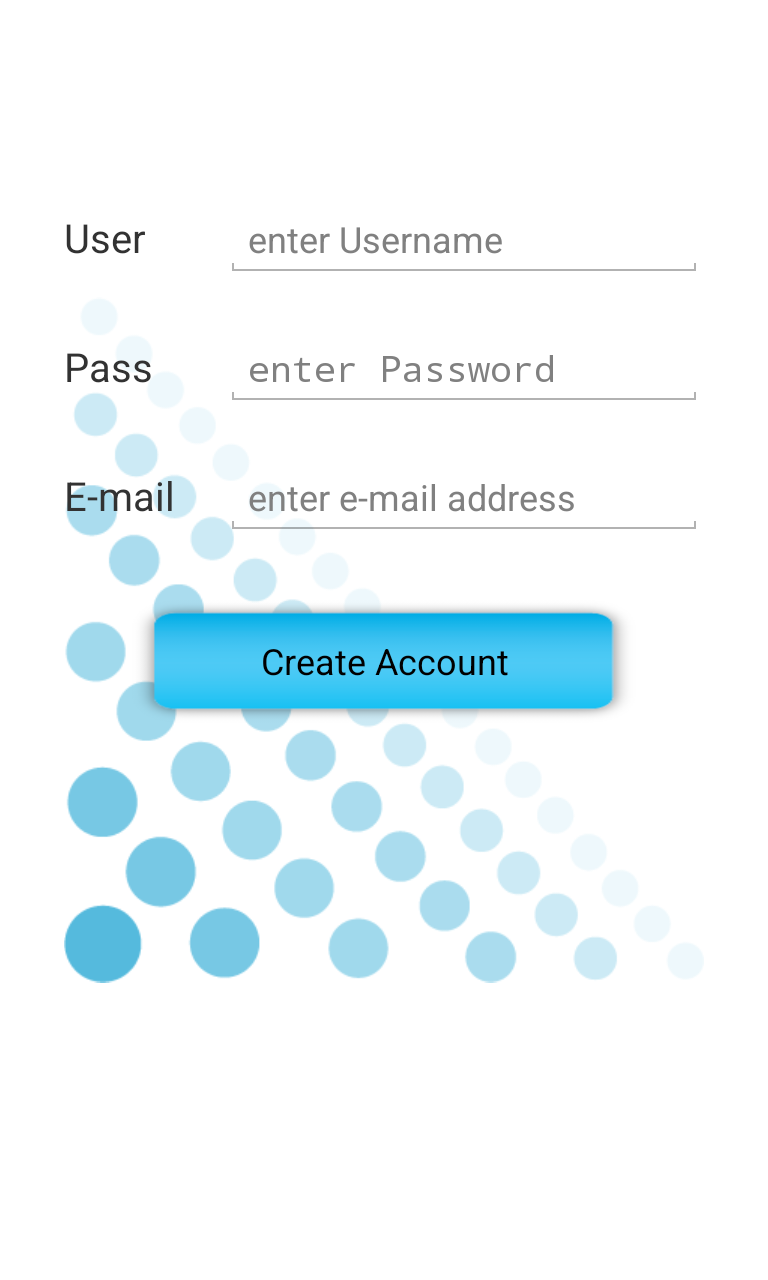
Repository: frebblegameteam/FrebbleApp
Layout: Frebble/res/layout/activity_sign_up.xml
These files come from the project's save history. The layout is drawn as it stood at one moment and after a run of saves; the edit follows.
It is drawn on a 768 x 1280 px phone screen (xhdpi) without system bars, with theme FrebbleABTheme; the app's code is not run.

Above is the layout before, as saved 2014-10-08 14:11:25.

### Frebble/res/layout/activity_sign_up.xml
<RelativeLayout xmlns:android="http://schemas.android.com/apk/res/android"
    xmlns:tools="http://schemas.android.com/tools"
    android:layout_width="match_parent"
    android:layout_height="match_parent"
    android:paddingLeft="@dimen/activity_horizontal_margin"
    android:paddingRight="@dimen/activity_horizontal_margin"
    tools:context="com.hollandhaptics.frebble.SignUpActivity" >

    <ImageView
        android:id="@+id/imageView1"
        android:layout_width="match_parent"
        android:layout_height="match_parent"
        android:src="@drawable/balletjes" />

    <LinearLayout
        android:id="@+id/L00"
        android:layout_width="match_parent"
        android:layout_height="wrap_content"
        android:layout_marginTop="100dp"
        android:orientation="horizontal">

        <TextView android:layout_width="0dp"
       		android:layout_weight="1"
        	android:layout_height="wrap_content"
        	android:textSize="20sp"
        	android:text="@string/User"/>

        <EditText android:id="@+id/userField"
    	    android:layout_width="0dp"
        	android:layout_weight="3"
        	android:layout_height="wrap_content"
        	android:hint="@string/userHint"/>
        </LinearLayout>

        <LinearLayout android:id="@+id/L01"
        android:layout_width="match_parent"
        android:layout_height="wrap_content"
        android:layout_below="@id/L00"
        android:layout_marginTop="25dp"
        android:orientation="horizontal">

        <TextView android:layout_width="0dp"
            android:layout_weight="1"
        	android:layout_height="wrap_content"
        	android:textSize="20sp"
        	android:text="@string/Password"/>

        <EditText android:id="@+id/passwordField"
            android:inputType="textPassword"
            android:layout_width="0dp"
        	android:layout_weight="3"
        	android:layout_height="wrap_content"
        	android:hint="@string/passwordHint"/>
        </LinearLayout>

        <LinearLayout android:id="@+id/L02"
        android:layout_width="match_parent"
        android:layout_height="wrap_content"
        android:layout_below="@id/L01"
        android:layout_marginTop="25dp"
        android:orientation="horizontal">

        <TextView android:layout_width="0dp"
            android:layout_weight="1"
        	android:layout_height="wrap_content"
        	android:textSize="20sp"
        	android:text="@string/Email"/>

        <EditText android:id="@+id/emailField"
            android:inputType="textEmailAddress"
            android:layout_width="0dp"
        	android:layout_weight="3"
        	android:layout_height="wrap_content"
        	android:hint="@string/emailHint"/>
        </LinearLayout>

        <Button
            android:id="@+id/createAccButton"
            android:layout_width="256dp"
            android:layout_height="64dp"
            android:layout_below="@id/L02"
            android:layout_centerHorizontal="true"
            android:layout_marginTop="30dp"
            android:background="@drawable/button"
            android:text="@string/createAccText" />

</RelativeLayout>

### Frebble/res/values/styles.xml
<resources xmlns:android="http://schemas.android.com/apk/res/android">

    <!--
        Base application theme, dependent on API level. This theme is replaced
        by AppBaseTheme from res/values-vXX/styles.xml on newer devices.
    -->
    <style name="AppBaseTheme" parent="Theme.AppCompat.Light">
        <!--
            Theme customizations available in newer API levels can go in
            res/values-vXX/styles.xml, while customizations related to
            backward-compatibility can go here.
        -->
    </style>

    <!-- Application theme. -->
    <style name="AppTheme" parent="AppBaseTheme">
        <!-- All customizations that are NOT specific to a particular API-level can go here. -->
    </style>

    <style name="FrebbleABTheme"
        parent="@android:style/Theme.Holo.Light.DarkActionBar">
        <item name="android:actionBarStyle">@style/frebbleABStyle</item>
    </style>

    <style name="frebbleABStyle"
        parent="@android:style/Widget.Holo.Light.ActionBar.Solid.Inverse">
        <item name="android:background">@drawable/balk</item>

    </style>


</resources>

### Frebble/res/values/strings.xml
<?xml version="1.0" encoding="utf-8"?>
<resources>


    <string name="action_settings">Settings</string>
    <string name="User">User</string>
    <string name="userHint">enter Username</string>
    <string name="Password">Pass</string>
    <string name="passwordHint">enter Password</string>
    <string name="loginText">Log in</string>
    <string name="noAccount">No account?</string>
    <string name="signupText">Sign up</string>
    <string name="title_activity_sign_up">Sign up</string>
    <string name="Email">E-mail</string>
    <string name="emailHint">enter e-mail address</string>
    <string name="createAccText">Create Account</string>
    <string name="title_activity_settings">Settings</string>
    <string name="connectInfo">Enter partner\'s ID or e-mail</string>
    <string name="connectHint">ID or e-mail</string>
    <string name="OK">OK</string>
    <string name="Logout">Log out</string>
    <string name="Cancel">Cancel</string>
    <string name="title_activity_connect">Connect</string>
    <string name="placeholderSettings">Settings</string>
    <string name="placeholderConnect">Connect</string>
    <string name="title_activity_home">Frebble</string>
    <string name="homeInfo">tap "connect" button to start connecting</string>
    <string name="title_activity_notification_handler">NotificationHandler</string>
    <string name="hello_world">Hello world!</string>

</resources>

Loaded but not shown: Frebble/res/values-w820dp/dimens.xml (common file); Frebble/res/values/dimens.xml (common file)

After the next 3 saves:
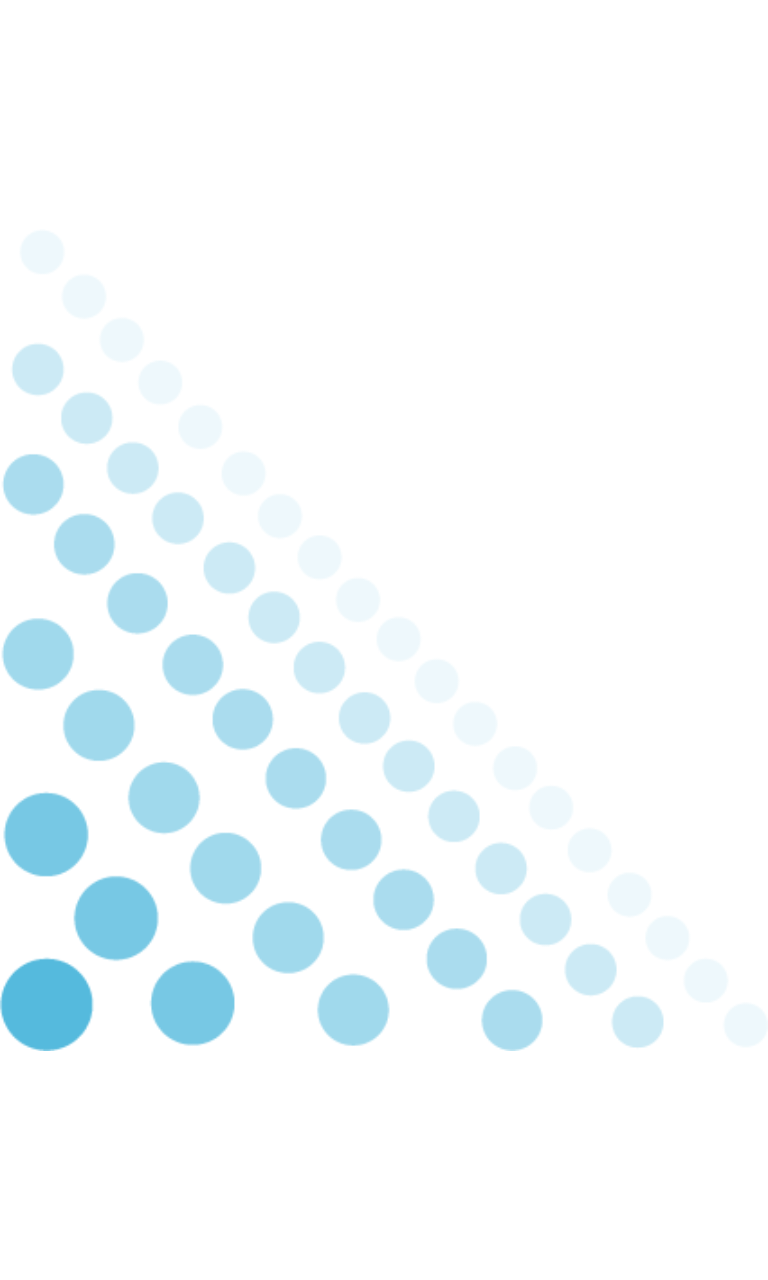
The 3 saves are shown as one change because 2 did not build or start.
The last was saved 2 min 42 s later.
--- a/Frebble/res/layout/activity_sign_up.xml
+++ b/Frebble/res/layout/activity_sign_up.xml
@@ -1,16 +1,22 @@
-<RelativeLayout xmlns:android="http://schemas.android.com/apk/res/android"
+<LinearLayout  xmlns:android="http://schemas.android.com/apk/res/android"
     xmlns:tools="http://schemas.android.com/tools"
+    android:layout_width="fill_parent"
+    android:layout_height="fill_parent">
+
+    <ImageView
+        android:id="@+id/imageView1"
+        android:layout_width="match_parent"
+        android:layout_height="match_parent"
+        android:src="@drawable/balletjes" />
+
+    <RelativeLayout
     android:layout_width="match_parent"
     android:layout_height="match_parent"
     android:paddingLeft="@dimen/activity_horizontal_margin"
     android:paddingRight="@dimen/activity_horizontal_margin"
     tools:context="com.hollandhaptics.frebble.SignUpActivity" >
 
-    <ImageView
-        android:id="@+id/imageView1"
-        android:layout_width="match_parent"
-        android:layout_height="match_parent"
-        android:src="@drawable/balletjes" />
+
 
     <LinearLayout
         android:id="@+id/L00"
@@ -85,3 +91,5 @@
             android:text="@string/createAccText" />
 
 </RelativeLayout>
+
+</LinearLayout>
